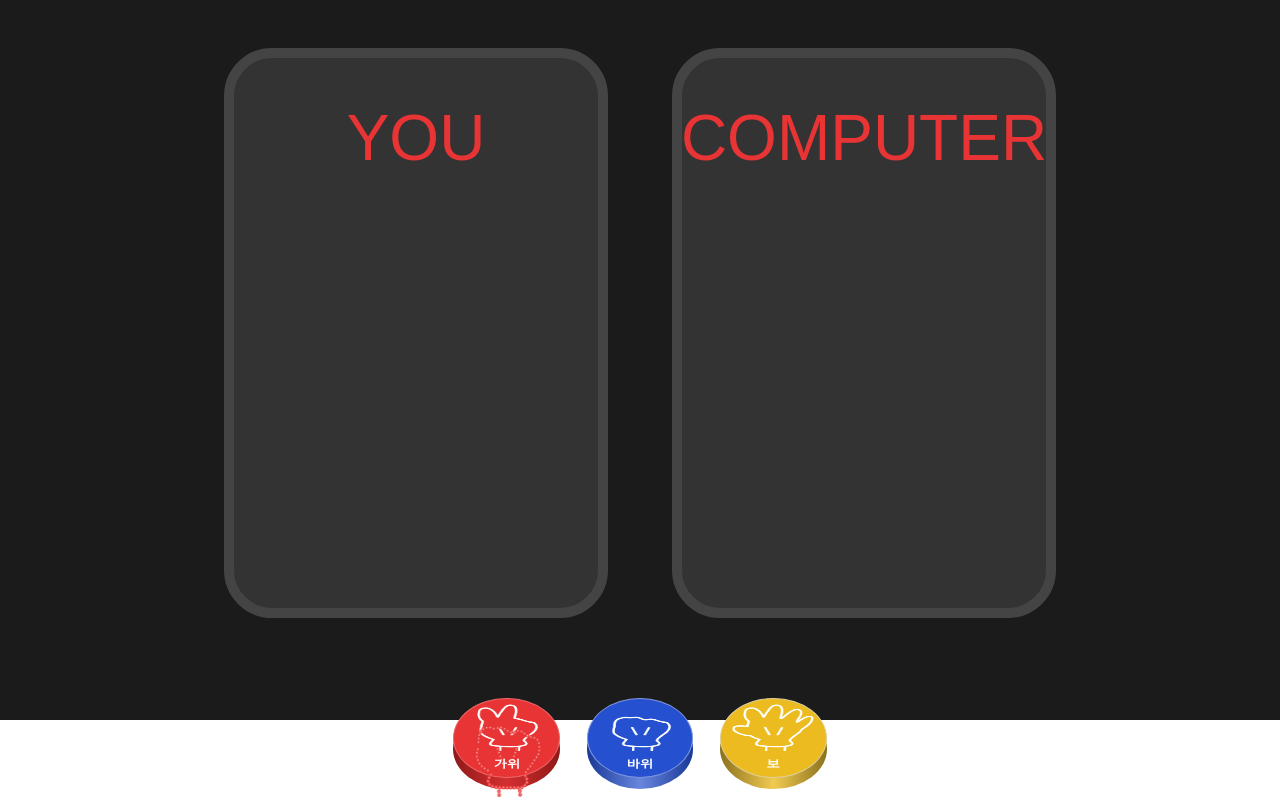
Repository: KIMMIHYE12/classComponent
Page: /
An editor plug-in stored every save of this project. The page is shown before and after the next save, followed by the edit.
The browser window is 1280 px wide. The pictures show the whole page.
Some web fonts or font styles are not loaded; a fallback is used. The project was rebuilt for these pictures with package versions that can differ from the ones it lists, and the page was loaded fresh each time.

Above is the page before, as saved 2024-03-20 00:13:11.

After the next save:
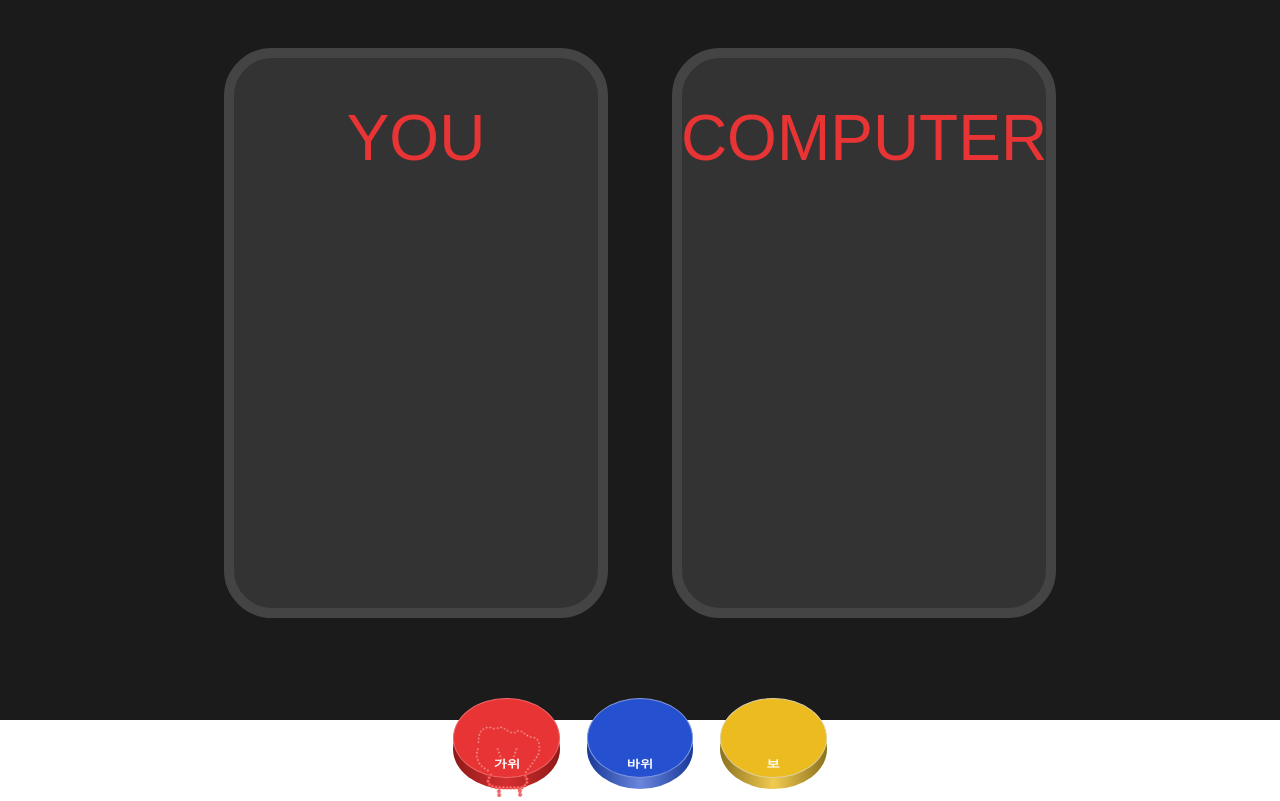
Saved 19 s later.
--- a/src/App.css
+++ b/src/App.css
@@ -79,6 +79,7 @@ img {
 
 .btn_wrap button {
   position: relative;
+  display: flex;
   width: 8em;
   height: 6em;
   margin: 0 1em;
@@ -86,10 +87,6 @@ img {
   top: 0;
   outline: 0;
   font-family: "GmarketSansMedium";
-  background-image: url(/images/btn_rock.png);
-  background-repeat: no-repeat;
-  background-size: 80% 60%;
-  background-position: top 5px center;
 }
 
 .btn_wrap button.scissors {
